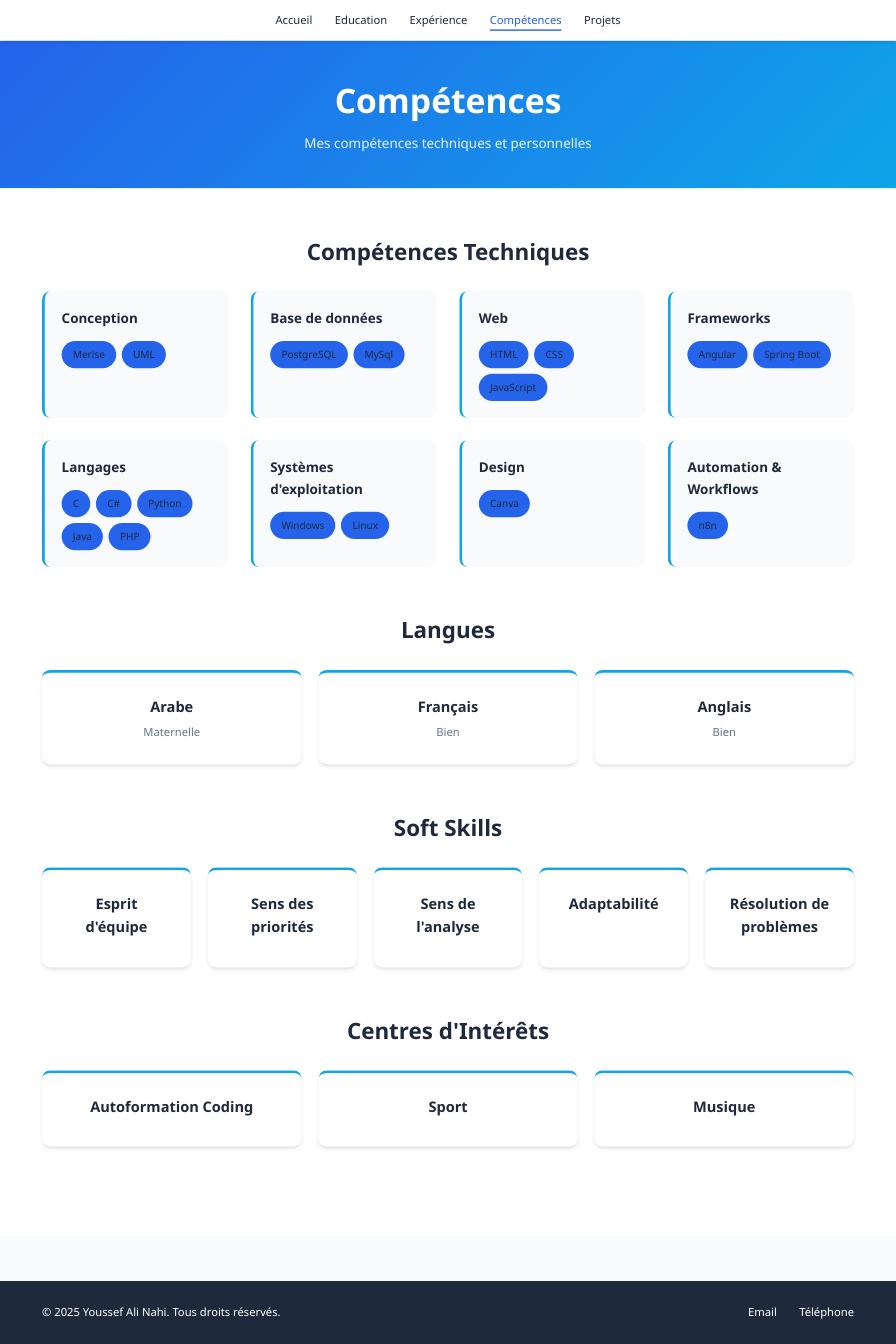
Repository: Youssef-Nahi504/My_Portfolio
Page: competences.html
An editor plug-in stored every save of this project. The page is shown before and after a run of saves, followed by the edit.
The browser window is 1280 px wide. The pictures show the whole page, at 70% of full size.

Above is the page before, as saved 2025-12-19 16:32:44.

### competences.html
<!DOCTYPE html>
<html lang="fr">
<head>
    <meta charset="UTF-8">
    <meta name="viewport" content="width=device-width, initial-scale=1.0">
    <title>Compétences - Youssef Ali Nahi</title>
    <link rel="stylesheet" href="style.css">
</head>
<body>
    <nav class="navbar">
        <div class="nav-container">
            <ul class="nav-menu">
                <li><a href="index.html">Accueil</a></li>
                <li><a href="Education.html" >Education</a></li>
                <li><a href="experience.html">Expérience</a></li>
                <li><a href="competences.html" class="active">Compétences</a></li>
                <li><a href="projets.html">Projets</a></li>
            </ul>
            <div class="hamburger">
                <span></span>
                <span></span>
                <span></span>
            </div>
        </div>
    </nav>

    <main>
        <section class="page-header">
            <div class="container">
                <h1>Compétences</h1>
                <p>Mes compétences techniques et personnelles</p>
            </div>
        </section>

        <section class="skills-section">
            <div class="container">
                <div class="skills-category">
                    <h2 class="category-title">Compétences Techniques</h2>
                    <div class="skills-grid">
                        <div class="skill-group">
                            <h3>Conception</h3>
                            <div class="skill-tags">
                                <span class="skill-tag">Merise</span>
                                <span class="skill-tag">UML</span>
                            </div>
                        </div>
                        <div class="skill-group">
                            <h3>Base de données</h3>
                            <div class="skill-tags">
                                <span class="skill-tag">PostgreSQL</span>
                                <span class="skill-tag">MySql</span>
                            </div>
                        </div>
                        <div class="skill-group">
                            <h3>Web</h3>
                            <div class="skill-tags">
                                <span class="skill-tag">HTML</span>
                                <span class="skill-tag">CSS</span>
                                <span class="skill-tag">JavaScript</span>
                            </div>
                        </div>
                        <div class="skill-group">
                            <h3>Frameworks</h3>
                            <div class="skill-tags">
                                <span class="skill-tag">Angular</span>
                                <span class="skill-tag">Spring Boot</span>
                            </div>
                        </div>
                        <div class="skill-group">
                            <h3>Langages</h3>
                            <div class="skill-tags">
                                <span class="skill-tag">C</span>
                                <span class="skill-tag">C#</span>
                                <span class="skill-tag">Python</span>
                                <span class="skill-tag">Java</span>
                                <span class="skill-tag">PHP</span>
                            </div>
                        </div>
                        <div class="skill-group">
                            <h3>Systèmes d'exploitation</h3>
                            <div class="skill-tags">
                                <span class="skill-tag">Windows</span>
                                <span class="skill-tag">Linux</span>
                            </div>
                        </div>
                        <div class="skill-group">
                            <h3>Design</h3>
                            <div class="skill-tags">
                                <span class="skill-tag">Canva</span>
                            </div>
                        </div>
                        <div class="skill-group">
                            <h3>Automation & Workflows</h3>
                            <div class="skill-tags">
                                <span class="skill-tag">n8n</span>
                            </div>
                        </div>
                    </div>
                </div>

                <div class="skills-category">
                    <h2 class="category-title">Langues</h2>
                    <div class="languages-grid">
                        <div class="language-card">
                            <h3>Arabe</h3>
                            <p>Maternelle</p>
                        </div>
                        <div class="language-card">
                            <h3>Français</h3>
                            <p>Bien</p>
                        </div>
                        <div class="language-card">
                            <h3>Anglais</h3>
                            <p>Bien</p>
                        </div>
                    </div>
                </div>

                <div class="skills-category">
                    <h2 class="category-title">Soft Skills</h2>
                    <div class="interests-grid">
                        <div class="interest-card">
                            <h3>Esprit d'équipe</h3>
                        </div>
                        <div class="interest-card">
                            <h3>Sens des priorités</h3>
                        </div>
                        <div class="interest-card">
                            <h3>Sens de l'analyse</h3>
                        </div>
                        <div class="interest-card">
                            <h3>Adaptabilité</h3>
                        </div>
                        <div class="interest-card">
                            <h3>Résolution de problèmes</h3>
                        </div>
                    </div>
                </div>

                <div class="skills-category">
                    <h2 class="category-title">Centres d'Intérêts</h2>
                    <div class="interests-grid">
                        <div class="interest-card">
                            <h3>Autoformation Coding</h3>
                        </div>
                        <div class="interest-card">
                            <h3>Sport</h3>
                        </div>
                        <div class="interest-card">
                            <h3>Musique</h3>
                        </div>
                    </div>
                </div>
            </div>
        </section>
    </main>

    <footer>
        <div class="container">
            <p>&copy; 2025 Youssef Ali Nahi. Tous droits réservés.</p>
            <div class="footer-links">
                <a href="mailto:nahiyoussef02@gmail.com">Email</a>
                <a href="tel:+212619303473">Téléphone</a>
            </div>
        </div>
    </footer>

    <script src="file.js"></script>
</body>
</html>

### style.css
* {
    margin: 0;
    padding: 0;
    box-sizing: border-box;
}

:root {
    --primary-color: #2563eb;
    --primary-dark: #1e40af;
    --secondary-color: #64748b;
    --accent-color: #0ea5e9;
    --text-dark: #1e293b;
    --text-light: #64748b;
    --bg-light: #f8fafc;
    --bg-white: #ffffff;
    --border-color: #e2e8f0;
    --shadow: 0 4px 6px -1px rgba(0, 0, 0, 0.1), 0 2px 4px -1px rgba(0, 0, 0, 0.06);
    --shadow-lg: 0 10px 15px -3px rgba(0, 0, 0, 0.1), 0 4px 6px -2px rgba(0, 0, 0, 0.05);
}

body {
    font-family: 'Segoe UI', Tahoma, Geneva, Verdana, sans-serif;
    line-height: 1.6;
    color: var(--text-dark);
    background-color: var(--bg-light);
}

.container {
    max-width: 1200px;
    margin: 0 auto;
    padding: 0 20px;
}

/* Navigation */
.navbar {
    background: var(--bg-white);
    box-shadow: var(--shadow);
    position: sticky;
    top: 0;
    z-index: 1000;
    padding: 1rem 0;
}

.nav-container {
    max-width: 1200px;
    margin: 0 auto;
    padding: 0 20px;
    display: flex;
  justify-content: center; /* horizontal */
  align-items: center;
}

.logo {
    font-size: 1.5rem;
    font-weight: bold;
    color: var(--primary-color);
    letter-spacing: 2px;
}

.nav-menu {
    display: flex;
    list-style: none;
    gap: 2rem;
}

.nav-menu a {
    text-decoration: none;
    color: var(--text-dark);
    font-weight: 500;
    transition: color 0.3s ease;
    position: relative;
}

.nav-menu a:hover,
.nav-menu a.active {
    color: var(--primary-color);
}

.nav-menu a.active::after {
    content: '';
    position: absolute;
    bottom: -5px;
    left: 0;
    width: 100%;
    height: 2px;
    background: var(--primary-color);
}

.hamburger {
    display: none;
    flex-direction: column;
    cursor: pointer;
    gap: 4px;
}

.hamburger span {
    width: 25px;
    height: 3px;
    background: var(--text-dark);
    transition: all 0.3s ease;
}

/* Hero Section */
.hero {
    background: linear-gradient(135deg, var(--primary-color) 0%, var(--accent-color) 100%);
    color: white;
    padding: 4rem 0;
    min-height: 80vh;
    display: flex;
    align-items: center;
}

.hero-content {
    max-width: 1200px;
    margin: 0 auto;
    padding: 0 20px;
    display: grid;
    grid-template-columns: 1fr 1fr;
    gap: 3rem;
    align-items: center;
}

.hero-text h1 {
    font-size: 3rem;
    margin-bottom: 0.5rem;
    font-weight: 700;
}

.hero-text h2 {
    font-size: 1.5rem;
    margin-bottom: 1.5rem;
    opacity: 0.9;
    font-weight: 400;
}

.hero-subtitle {
    font-size: 1.1rem;
    margin-bottom: 2rem;
    opacity: 0.95;
    line-height: 1.8;
}

.hero-buttons {
    display: flex;
    gap: 1rem;
    flex-wrap: wrap;
}

.btn {
    padding: 0.75rem 2rem;
    border-radius: 8px;
    text-decoration: none;
    font-weight: 600;
    transition: all 0.3s ease;
    display: inline-block;
}

.btn-primary {
    background: white;
    color: var(--primary-color);
}

.btn-primary:hover {
    transform: translateY(-2px);
    box-shadow: var(--shadow-lg);
}

.btn-secondary {
    background: transparent;
    color: white;
    border: 2px solid white;
}

.btn-secondary:hover {
    background: white;
    color: var(--primary-color);
}

.profile-card {
    background: rgba(255, 255, 255, 0.1);
    backdrop-filter: blur(10px);
    border-radius: 16px;
    padding: 2rem;
    border: 1px solid rgba(255, 255, 255, 0.2);
}

.profile-info p {
    margin-bottom: 1rem;
    font-size: 1rem;
}

.profile-info strong {
    display: inline-block;
    width: 140px;
}

/* About Section */
.about {
    padding: 4rem 0;
    background: var(--bg-white);
}

.section-title {
    font-size: 2.5rem;
    margin-bottom: 2rem;
    text-align: center;
    color: var(--text-dark);
}

.about-content {
    max-width: 800px;
    margin: 0 auto 3rem;
    text-align: center;
}

.about-content p {
    font-size: 1.1rem;
    color: var(--text-light);
    margin-bottom: 1.5rem;
    line-height: 1.8;
}

.quick-links {
    display: grid;
    grid-template-columns: repeat(auto-fit, minmax(250px, 1fr));
    gap: 2rem;
    margin-top: 3rem;
}

.quick-link-card {
    background: var(--bg-white);
    padding: 2rem;
    border-radius: 12px;
    text-decoration: none;
    color: var(--text-dark);
    box-shadow: var(--shadow);
    transition: all 0.3s ease;
    border: 2px solid transparent;
}

.quick-link-card:hover {
    transform: translateY(-5px);
    box-shadow: var(--shadow-lg);
    border-color: var(--primary-color);
}

.quick-link-card h3 {
    color: var(--primary-color);
    margin-bottom: 0.5rem;
    font-size: 1.5rem;
}

.quick-link-card p {
    color: var(--text-light);
}

/* Page Header */
.page-header {
    background: linear-gradient(135deg, var(--primary-color) 0%, var(--accent-color) 100%);
    color: white;
    padding: 3rem 0;
    text-align: center;
}

.page-header h1 {
    font-size: 3rem;
    margin-bottom: 0.5rem;
}

.page-header p {
    font-size: 1.2rem;
    opacity: 0.9;
}

/* Experience Section */
.experience-section {
    padding: 4rem 0;
    background: var(--bg-white);
}

.timeline {
    position: relative;
    max-width: 900px;
    margin: 0 auto;
    padding: 2rem 0;
}

.timeline::before {
    content: '';
    position: absolute;
    left: 30px;
    top: 0;
    bottom: 0;
    width: 2px;
    background: var(--border-color);
}

.timeline-item {
    position: relative;
    margin-bottom: 3rem;
    padding-left: 80px;
}

.timeline-marker {
    position: absolute;
    left: 22px;
    top: 0;
    width: 16px;
    height: 16px;
    border-radius: 50%;
    background: var(--primary-color);
    border: 4px solid var(--bg-white);
    box-shadow: var(--shadow);
}

.timeline-content {
    background: var(--bg-white);
    padding: 2rem;
    border-radius: 12px;
    box-shadow: var(--shadow);
    transition: all 0.3s ease;
}

.timeline-content:hover {
    box-shadow: var(--shadow-lg);
    transform: translateX(5px);
}

.timeline-date {
    color: var(--primary-color);
    font-weight: 600;
    margin-bottom: 0.5rem;
    font-size: 0.9rem;
}

.timeline-content h3 {
    color: var(--text-dark);
    margin-bottom: 0.25rem;
    font-size: 1.5rem;
}

.timeline-content h4 {
    color: var(--text-light);
    margin-bottom: 1rem;
    font-weight: 500;
}

.timeline-content ul {
    list-style: none;
    padding-left: 0;
}

.timeline-content li {
    padding-left: 1.5rem;
    position: relative;
    margin-bottom: 0.5rem;
    color: var(--text-light);
}

.timeline-content li::before {
    content: '▸';
    position: absolute;
    left: 0;
    color: var(--primary-color);
}

/* Education Section */
.education-section {
    padding: 4rem 0;
    background: var(--bg-light);
}

.education-grid {
    display: grid;
    grid-template-columns: repeat(auto-fit, minmax(300px, 1fr));
    gap: 2rem;
    max-width: 900px;
    margin: 0 auto;
}

.education-card {
    background: var(--bg-white);
    padding: 2rem;
    border-radius: 12px;
    box-shadow: var(--shadow);
    transition: all 0.3s ease;
    border-top: 4px solid var(--primary-color);
}

.education-card:hover {
    transform: translateY(-5px);
    box-shadow: var(--shadow-lg);
}

.education-year {
    color: var(--primary-color);
    font-weight: 600;
    margin-bottom: 1rem;
    font-size: 0.9rem;
}

.education-card h3 {
    color: var(--text-dark);
    margin-bottom: 0.5rem;
    font-size: 1.3rem;
}

.education-card h4 {
    color: var(--text-light);
    margin-bottom: 1rem;
    font-weight: 500;
}

.education-institution {
    color: var(--text-light);
    font-style: italic;
}

/* Skills Section */
.skills-section {
    padding: 4rem 0;
    background: var(--bg-white);
}

.skills-category {
    margin-bottom: 4rem;
}

.category-title {
    font-size: 2rem;
    margin-bottom: 2rem;
    color: var(--text-dark);
    text-align: center;
}

.skills-grid {
    display: grid;
    grid-template-columns: repeat(auto-fit, minmax(250px, 1fr));
    gap: 2rem;
}

.skill-group {
    background: var(--bg-light);
    padding: 1.5rem;
    border-radius: 12px;
    border-left: 4px solid var(--accent-color);
}

.skill-group h3 {
    color: var(--text-dark);
    margin-bottom: 1rem;
    font-size: 1.2rem;
}

.skill-tags {
    display: flex;
    flex-wrap: wrap;
    gap: 0.5rem;
}

.skill-tag {
    background: var(--primary-color);
    color:
    color: white;
    padding: 0.5rem 1rem;
    border-radius: 20px;
    font-size: 0.9rem;
    font-weight: 500;
}

.soft-skills-grid {
    display: grid;
    grid-template-columns: repeat(auto-fit, minmax(200px, 1fr));
    gap: 1.5rem;
}

.soft-skill-card {
    background: linear-gradient(135deg, var(--primary-color) 0%, var(--accent-color) 100%);
    color: white;
    padding: 2rem;
    border-radius: 12px;
    text-align: center;
    transition: all 0.3s ease;
}

.soft-skill-card:hover {
    transform: translateY(-5px);
    box-shadow: var(--shadow-lg);
}

.soft-skill-card h3 {
    font-size: 1.2rem;
}

.languages-grid,
.interests-grid {
    display: grid;
    grid-template-columns: repeat(auto-fit, minmax(200px, 1fr));
    gap: 1.5rem;
}

.language-card,
.interest-card {
    background: var(--bg-white);
    padding: 2rem;
    border-radius: 12px;
    box-shadow: var(--shadow);
    text-align: center;
    transition: all 0.3s ease;
    border-top: 4px solid var(--accent-color);
}

.language-card:hover,
.interest-card:hover {
    transform: translateY(-5px);
    box-shadow: var(--shadow-lg);
}

.language-card h3,
.interest-card h3 {
    color: var(--text-dark);
    margin-bottom: 0.5rem;
    font-size: 1.3rem;
}

.language-card p {
    color: var(--text-light);
    font-weight: 500;
}

/* Projects Section */
.projects-section {
    padding: 4rem 0;
    background: var(--bg-white);
}

.projects-grid {
    display: grid;
    grid-template-columns: repeat(auto-fit, minmax(300px, 1fr));
    gap: 2rem;
}

.project-card {
    background: var(--bg-white);
    padding: 2rem;
    border-radius: 12px;
    box-shadow: var(--shadow);
    transition: all 0.3s ease;
    border-top: 4px solid var(--primary-color);
    position: relative;
}

.project-badge {
    position: absolute;
    top: 1rem;
    right: 1rem;
    background: linear-gradient(135deg, var(--primary-color) 0%, var(--accent-color) 100%);
    color: white;
    padding: 0.4rem 0.8rem;
    border-radius: 20px;
    font-size: 0.75rem;
    font-weight: 600;
    text-transform: uppercase;
    letter-spacing: 0.5px;
}

.project-card:hover {
    transform: translateY(-5px);
    box-shadow: var(--shadow-lg);
}

.project-icon {
    font-size: 3rem;
    margin-bottom: 1rem;
}

.project-card h3 {
    color: var(--text-dark);
    margin-bottom: 0.75rem;
    font-size: 1.4rem;
}

.project-tech {
    color: var(--primary-color);
    font-weight: 600;
    margin-bottom: 1rem;
    font-size: 0.9rem;
}

.project-description {
    color: var(--text-light);
    line-height: 1.7;
}

/* Footer */
footer {
    background: var(--text-dark);
    color: white;
    padding: 2rem 0;
    margin-top: 4rem;
}

footer .container {
    display: flex;
    justify-content: space-between;
    align-items: center;
    flex-wrap: wrap;
    gap: 1rem;
}

.footer-links {
    display: flex;
    gap: 2rem;
}

.footer-links a {
    color: white;
    text-decoration: none;
    transition: color 0.3s ease;
}

.footer-links a:hover {
    color: var(--accent-color);
}

/* Responsive Design */
@media (max-width: 768px) {
    .hamburger {
        display: flex;
    }

    .nav-menu {
        position: fixed;
        left: -100%;
        top: 70px;
        flex-direction: column;
        background: var(--bg-white);
        width: 100%;
        text-align: center;
        transition: 0.3s;
        box-shadow: var(--shadow);
        padding: 2rem 0;
        gap: 0;
    }

    .nav-menu.active {
        left: 0;
    }

    .nav-menu li {
        margin: 1rem 0;
    }

    .hero-content {
        grid-template-columns: 1fr;
        text-align: center;
    }

    .hero-text h1 {
        font-size: 2rem;
    }

    .hero-text h2 {
        font-size: 1.2rem;
    }

    .section-title {
        font-size: 2rem;
    }

    .page-header h1 {
        font-size: 2rem;
    }

    .timeline::before {
        left: 15px;
    }

    .timeline-item {
        padding-left: 50px;
    }

    .timeline-marker {
        left: 7px;
    }

    .quick-links {
        grid-template-columns: 1fr;
    }

    footer .container {
        flex-direction: column;
        text-align: center;
    }
}

@media (max-width: 480px) {
    .hero {
        padding: 2rem 0;
        min-height: auto;
    }

    .hero-text h1 {
        font-size: 1.5rem;
    }

    .btn {
        padding: 0.6rem 1.5rem;
        font-size: 0.9rem;
    }

    .projects-grid,
    .education-grid {
        grid-template-columns: 1fr;
    }
}

### file.js
// Mobile Navigation Toggle
const hamburger = document.querySelector('.hamburger');
const navMenu = document.querySelector('.nav-menu');

if (hamburger && navMenu) {
    hamburger.addEventListener('click', () => {
        navMenu.classList.toggle('active');

        // Animate hamburger
        const spans = hamburger.querySelectorAll('span');
        if (navMenu.classList.contains('active')) {
            spans[0].style.transform = 'rotate(45deg) translate(5px, 5px)';
            spans[1].style.opacity = '0';
            spans[2].style.transform = 'rotate(-45deg) translate(7px, -6px)';
        } else {
            spans[0].style.transform = 'none';
            spans[1].style.opacity = '1';
            spans[2].style.transform = 'none';
        }
    });

    // Close menu when clicking on a link
    document.querySelectorAll('.nav-menu a').forEach(link => {
        link.addEventListener('click', () => {
            navMenu.classList.remove('active');
            const spans = hamburger.querySelectorAll('span');
            spans[0].style.transform = 'none';
            spans[1].style.opacity = '1';
            spans[2].style.transform = 'none';
        });
    });

    // Close menu when clicking outside
    document.addEventListener('click', (e) => {
        if (!hamburger.contains(e.target) && !navMenu.contains(e.target)) {
            navMenu.classList.remove('active');
            const spans = hamburger.querySelectorAll('span');
            spans[0].style.transform = 'none';
            spans[1].style.opacity = '1';
            spans[2].style.transform = 'none';
        }
    });
}

// Smooth scroll for anchor links
document.querySelectorAll('a[href^="#"]').forEach(anchor => {
    anchor.addEventListener('click', function (e) {
        e.preventDefault();
        const target = document.querySelector(this.getAttribute('href'));
        if (target) {
            target.scrollIntoView({
                behavior: 'smooth',
                block: 'start'
            });
        }
    });
});

// Add scroll animation
const observerOptions = {
    threshold: 0.1,
    rootMargin: '0px 0px -50px 0px'
};

const observer = new IntersectionObserver((entries) => {
    entries.forEach(entry => {
        if (entry.isIntersecting) {
            entry.target.style.opacity = '1';
            entry.target.style.transform = 'translateY(0)';
        }
    });
}, observerOptions);

// Observe elements for animation
document.addEventListener('DOMContentLoaded', () => {
    const animateElements = document.querySelectorAll('.project-card, .education-card, .timeline-item, .skill-group, .soft-skill-card, .language-card, .interest-card, .quick-link-card');

    animateElements.forEach(el => {
        el.style.opacity = '0';
        el.style.transform = 'translateY(20px)';
        el.style.transition = 'opacity 0.6s ease, transform 0.6s ease';
        observer.observe(el);
    });
});

// Add active page highlighting
document.addEventListener('DOMContentLoaded', () => {
    const currentPage = window.location.pathname.split('/').pop() || 'index.html';
    const navLinks = document.querySelectorAll('.nav-menu a');

    navLinks.forEach(link => {
        const linkPage = link.getAttribute('href');
        if (linkPage === currentPage || (currentPage === '' && linkPage === 'index.html')) {
            link.classList.add('active');
        } else {
            link.classList.remove('active');
        }
    });
});

After the next 2 saves:
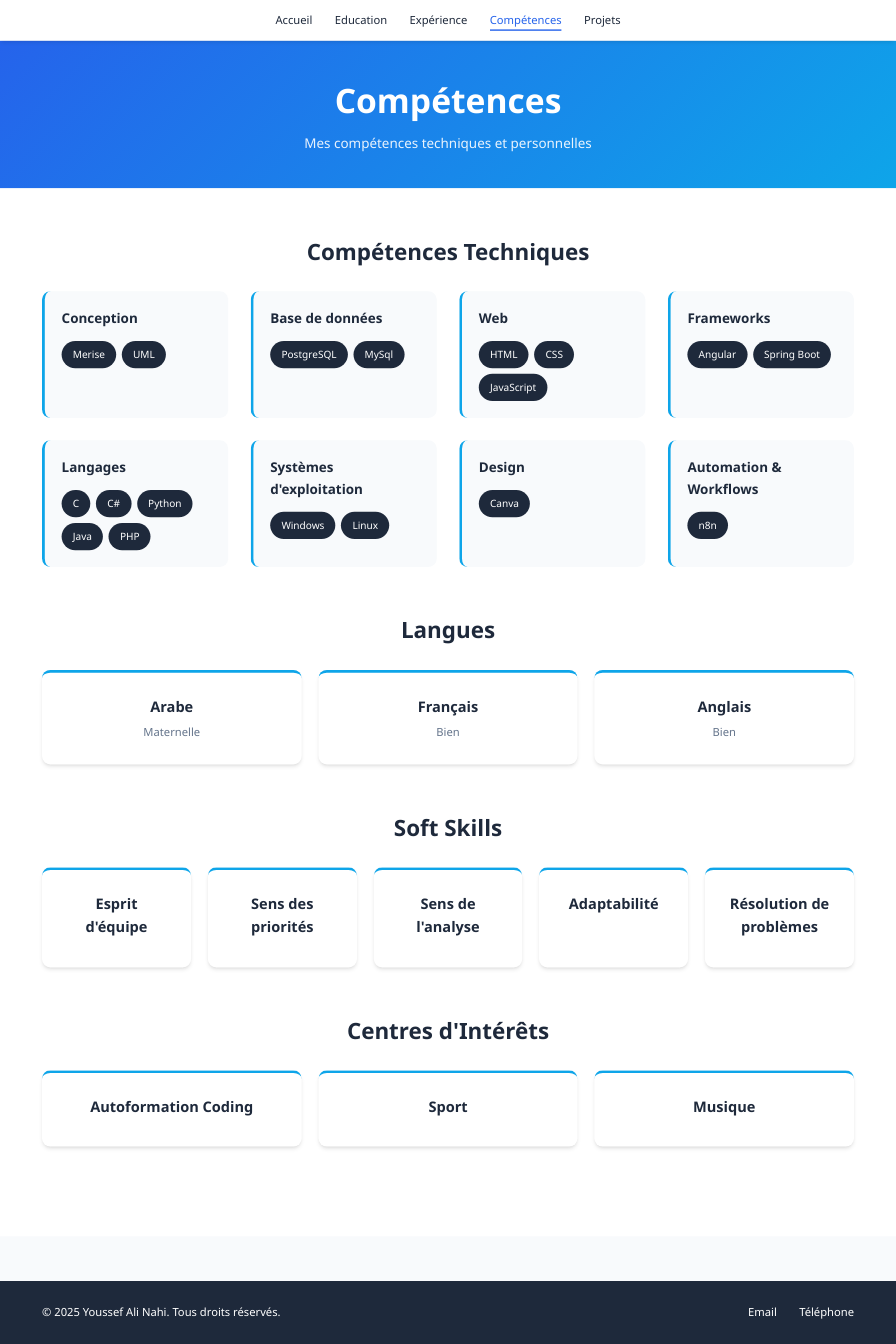
The 2 saves are shown as one change because they came seconds apart.
The last was saved 7 s later.
--- a/style.css
+++ b/style.css
@@ -459,8 +459,8 @@ body {
 }
 
 .skill-tag {
-    background: var(--primary-color);
-    color:
+    background: var(--text-dark);
+    /* color:  */
     color: white;
     padding: 0.5rem 1rem;
     border-radius: 20px;
